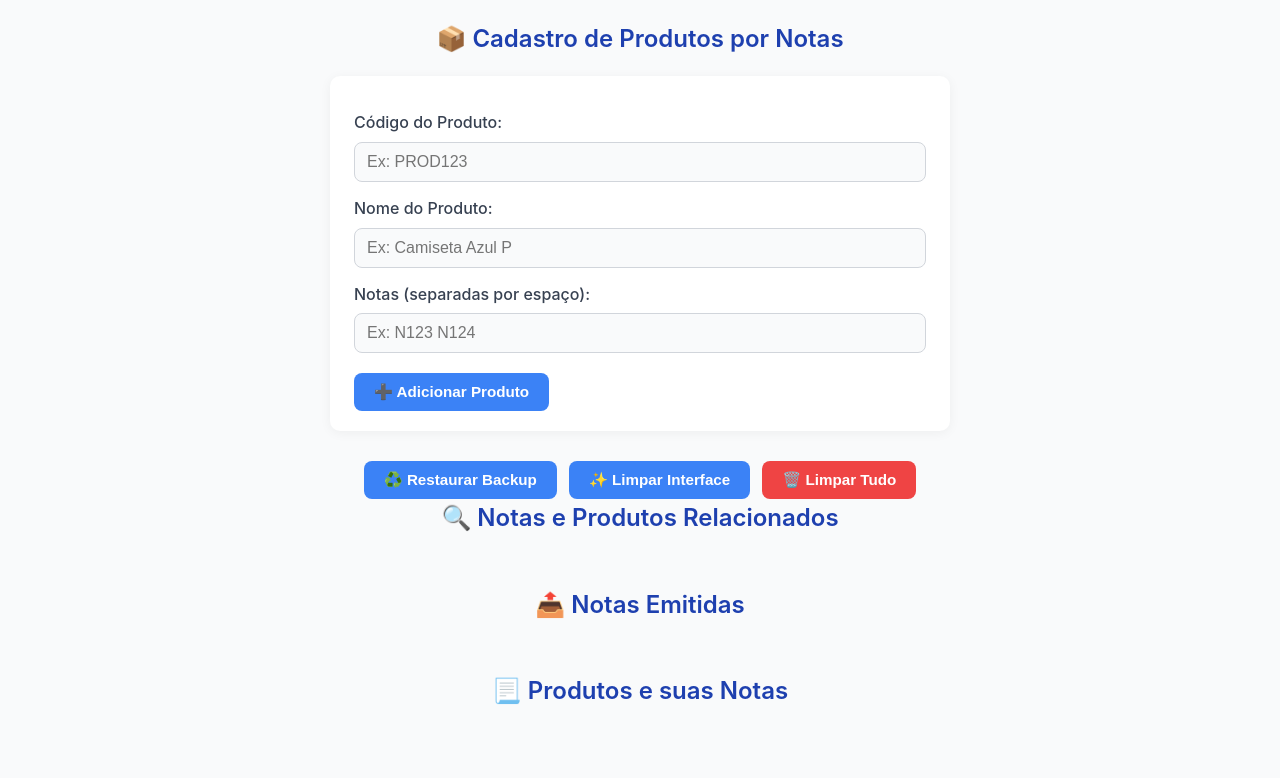
Repository: meiotera/cadastroNotasProdutos
Page: index.html
These files come from the project's save history. The page is drawn as it stood at one moment and after the next save; the edit follows.
The browser window is 1280 px wide. The pictures show the whole page.

Above is the page before, as saved 2025-06-11 18:31:37.

After the next save:
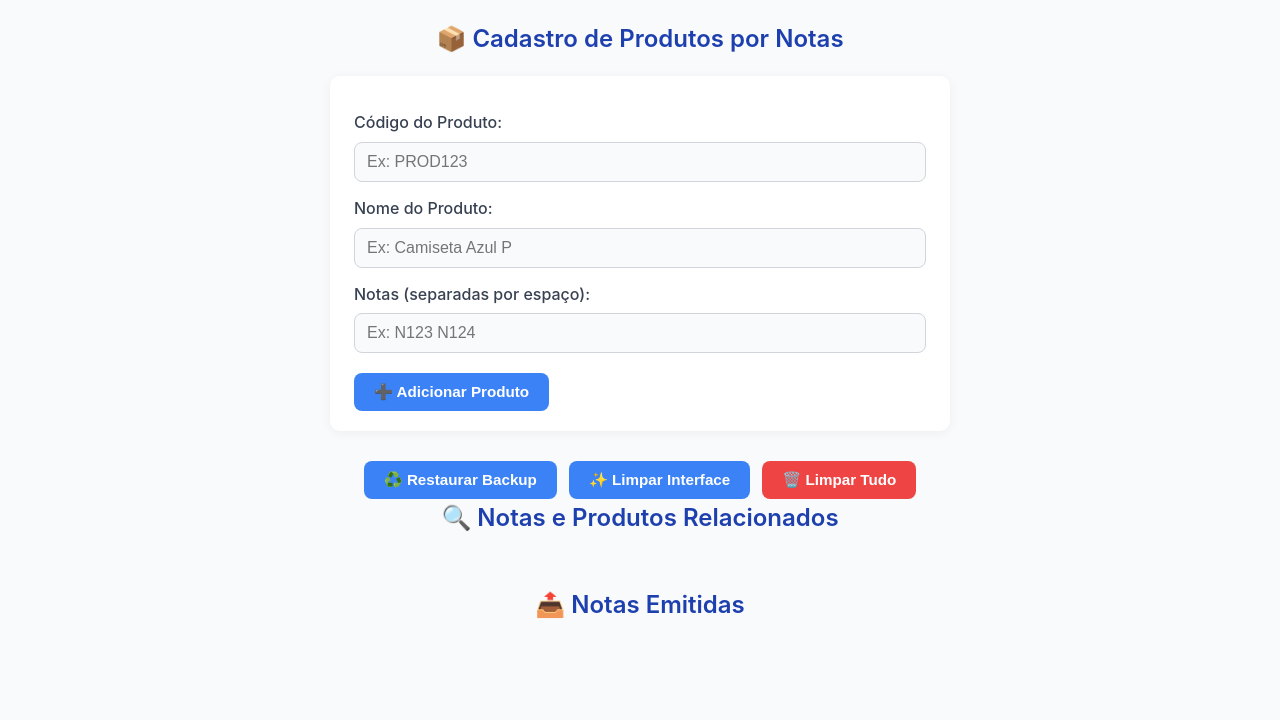
Saved 2 min 38 s later.
--- a/index.html
+++ b/index.html
@@ -38,10 +38,10 @@
     <h2>📤 Notas Emitidas</h2>
     <div id="notasEmitidas"></div>
 
-    <div id="resultado">
+    <!--  <div id="resultado">
       <h2>📃 Produtos e suas Notas</h2>
       <div id="listaProdutos"></div>
-    </div>
+    </div> -->
   </main>
 
   <script src="script.js"></script>

After the save that followed:
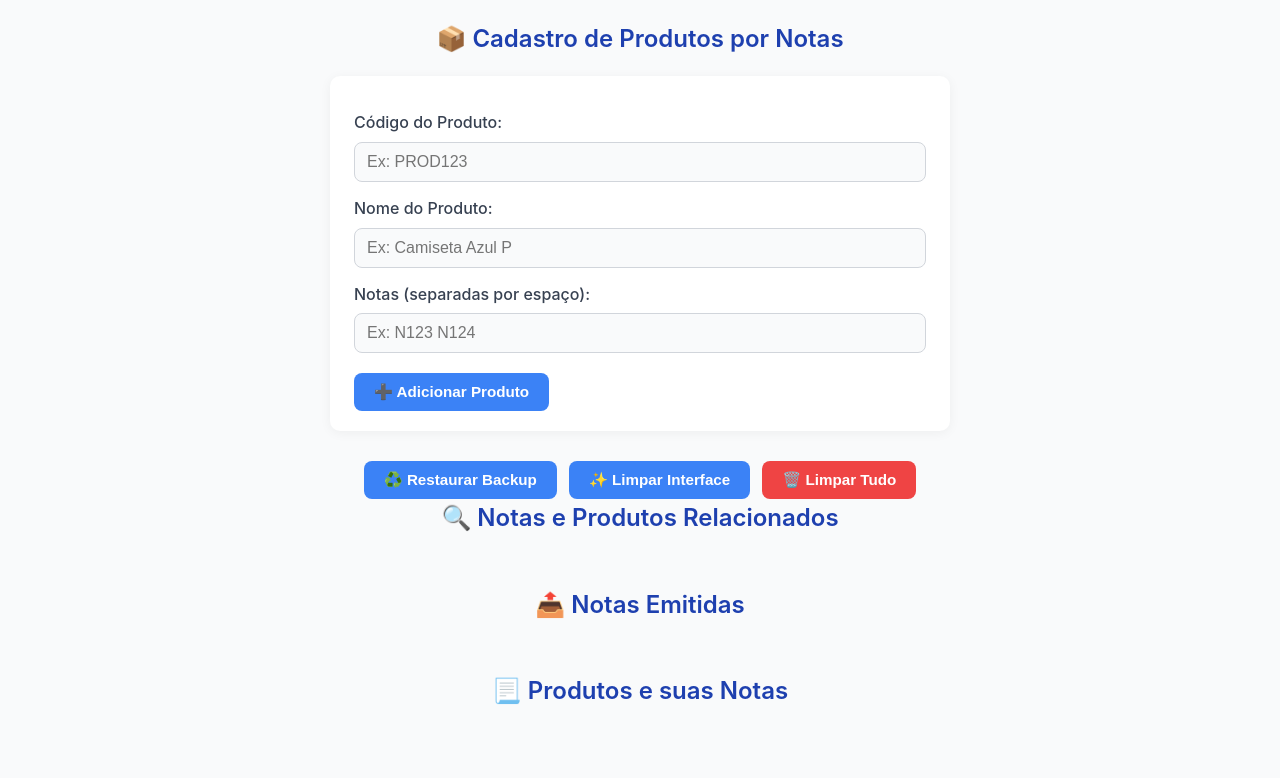
Saved 10 s later.
--- a/index.html
+++ b/index.html
@@ -38,10 +38,10 @@
     <h2>📤 Notas Emitidas</h2>
     <div id="notasEmitidas"></div>
 
-    <!--  <div id="resultado">
+    <div id="resultado">
       <h2>📃 Produtos e suas Notas</h2>
       <div id="listaProdutos"></div>
-    </div> -->
+    </div>
   </main>
 
   <script src="script.js"></script>
